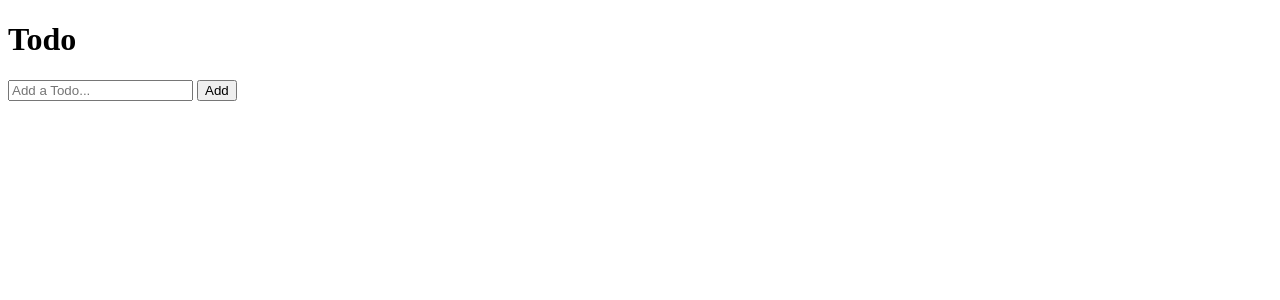
Repository: ble-syn/Todo-list
Page: localstoragetodo.html
These files come from the project's save history. The page is drawn as it stood at one moment and after the next save; the edit follows.
The browser window is 1280 px wide. The pictures show the whole page.

Above is the page before, as saved 2022-10-18 16:15:40.

### localstoragetodo.html
<!DOCTYPE html>
<html lang="en">
<head>
    <meta charset="UTF-8">
    <meta http-equiv="X-UA-Compatible" content="IE=edge">
    <meta name="viewport" content="width=device-width, initial-scale=1.0">
    <title>Local storage</title>
</head>
<body>
         <a href="localstoragetodo.html"></a>
    <div class="container">
        <h1>Todo</h1>

        <form class="todo-form">
        <input type="text" class="todo-input" placeholder="Add a Todo...">
        <button type="submit" class="add-button">Add</button>
        </form>

        <ul class="todo-items">
        <!-- dummy item -->
        <!-- <li class="item" data-key="1594003133171">
            <input class="checkbox" type="checkbox">
            Go to Gym
            <button class="delete-button">X</button>
        </li> -->
    </ul>
  </div>
</body>
</html>

After the next save:
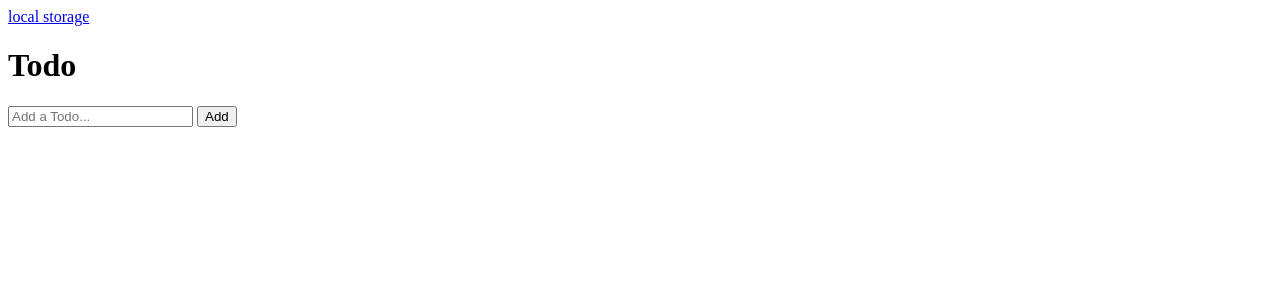
Saved 8 s later.
--- a/localstoragetodo.html
+++ b/localstoragetodo.html
@@ -7,7 +7,7 @@
     <title>Local storage</title>
 </head>
 <body>
-         <a href="localstoragetodo.html"></a>
+         <a href="localstoragetodo.html"> local storage</a>
     <div class="container">
         <h1>Todo</h1>
 

After the save that followed:
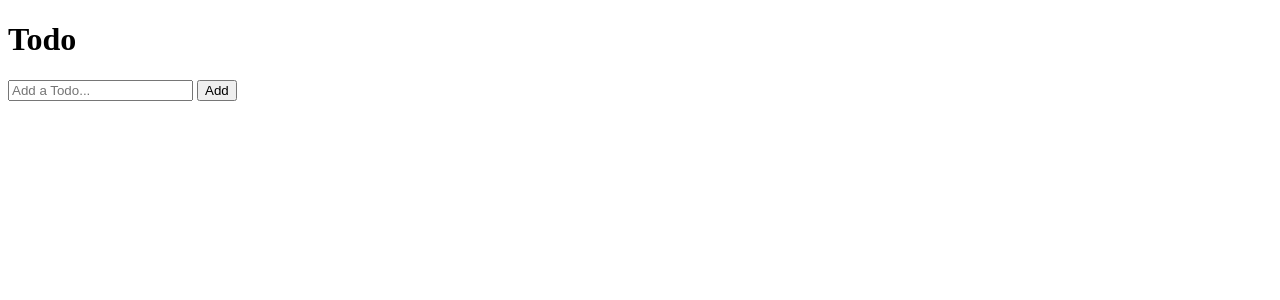
Saved 22 s later.
--- a/localstoragetodo.html
+++ b/localstoragetodo.html
@@ -7,7 +7,7 @@
     <title>Local storage</title>
 </head>
 <body>
-         <a href="localstoragetodo.html"> local storage</a>
+
     <div class="container">
         <h1>Todo</h1>
 
